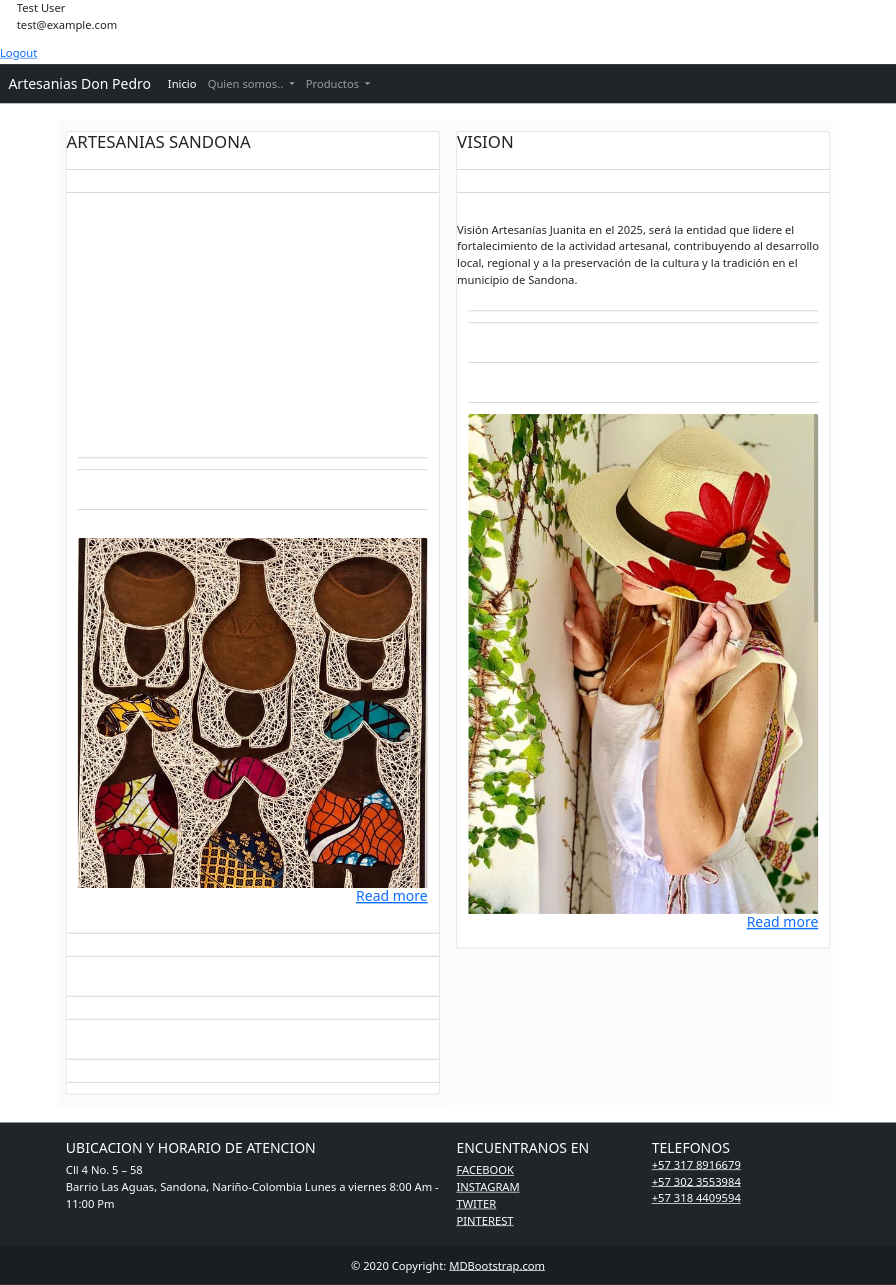
Repository: PG210/taller_artesania
Page: http://localhost/arte/vision
These files come from the project's save history. The page is drawn as it stood at one moment and after the next save; the edit follows.
The browser window is 1280 px wide. The pictures show the part of the page from y = 2752 to 4672 px (the page is 4587 px tall before and 4672 px after), at 70% of full size.
Pictures or frames that could not be fetched are drawn as grey boxes. The page is served by the project's Laravel application, run on PHP 8.4 with Laravel 8. A made-up administrator, Test User (test@example.com), is signed in.

Above is the page before, as saved 2021-01-14 16:24:04.

After the next save:
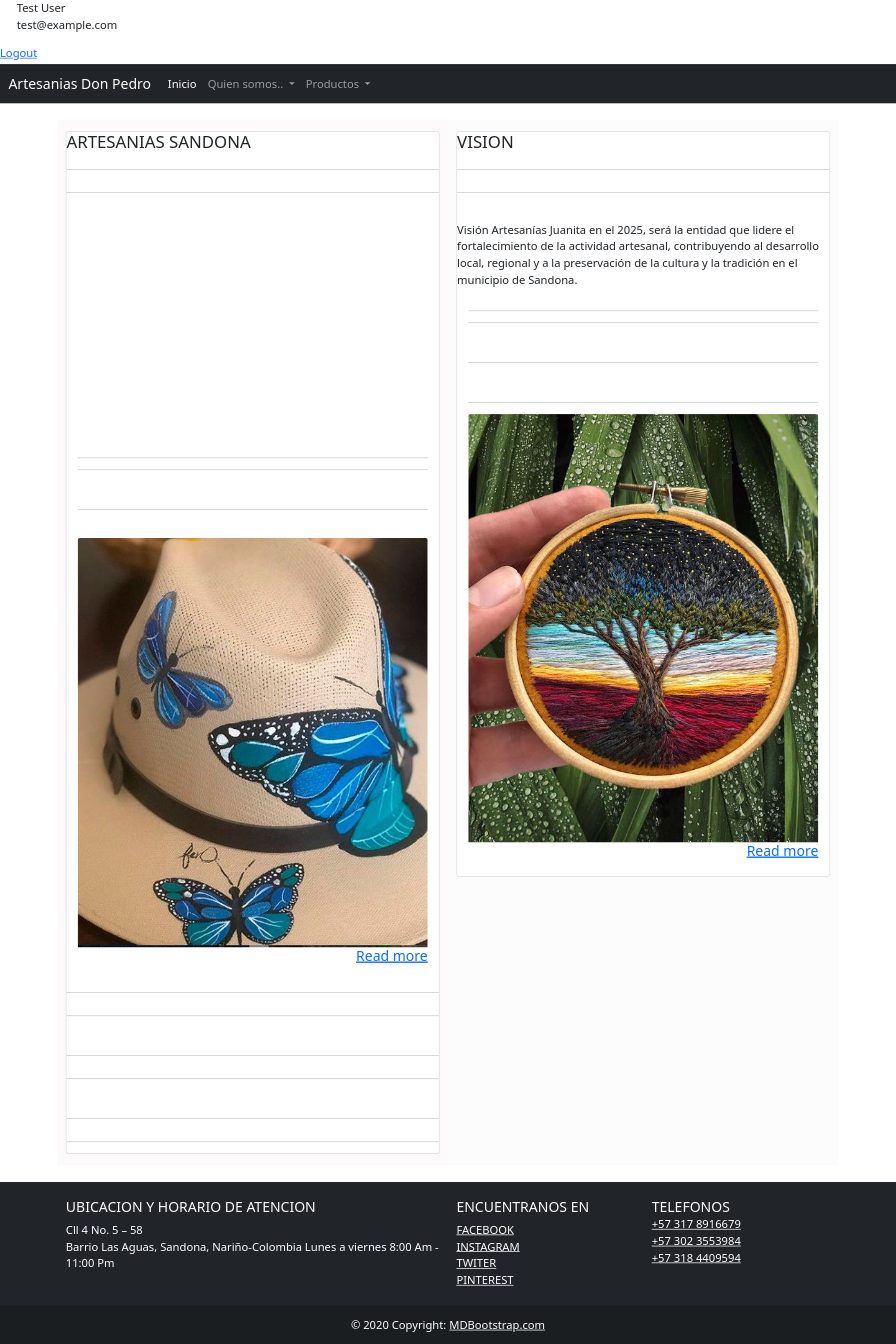
Saved 37 s later.
--- a/resources/views/arte/vision.blade.php
+++ b/resources/views/arte/vision.blade.php
@@ -48,7 +48,7 @@
                         <br>
 
                         <div class="view overlay">
-                            <img class="card-img-top" src="../img/4.jpg" alt="Card image cap">
+                            <img class="card-img-top" src="../img/6.jpg" alt="Card image cap">
                             <a>
                                 <div class="mask rgba-white-slight"></div>
                             </a>
@@ -108,7 +108,7 @@
                         <br>
                         <hr class="hr-light">
                         <div class="view overlay">
-                            <img class="card-img-top" src="../img/8.jpg" alt="Card image cap">
+                            <img class="card-img-top" src="../img/5.jpg" alt="Card image cap">
                             <a>
                                 <div class="mask rgba-white-slight"></div>
                             </a>
